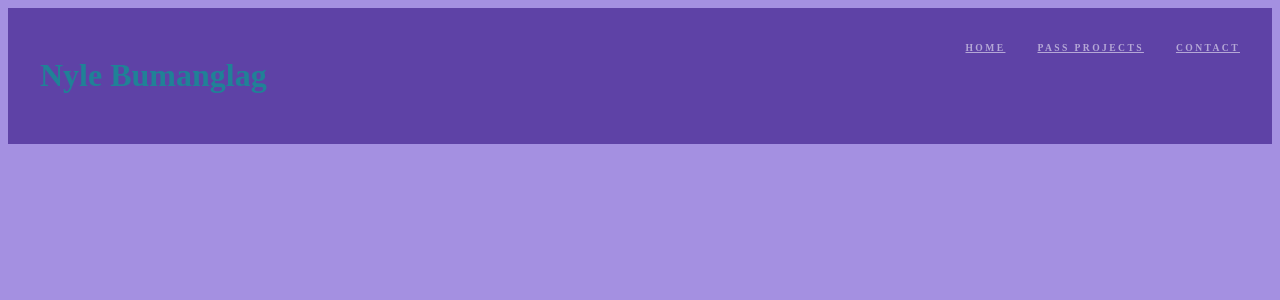
Repository: NyleNC/main
Page: projects.html
An editor plug-in stored every save of this project. The page is shown before and after the next save, followed by the edit.
The browser window is 1280 px wide. The pictures show the whole page.

Above is the page before, as saved 2024-11-06 23:34:39.

After the next save:
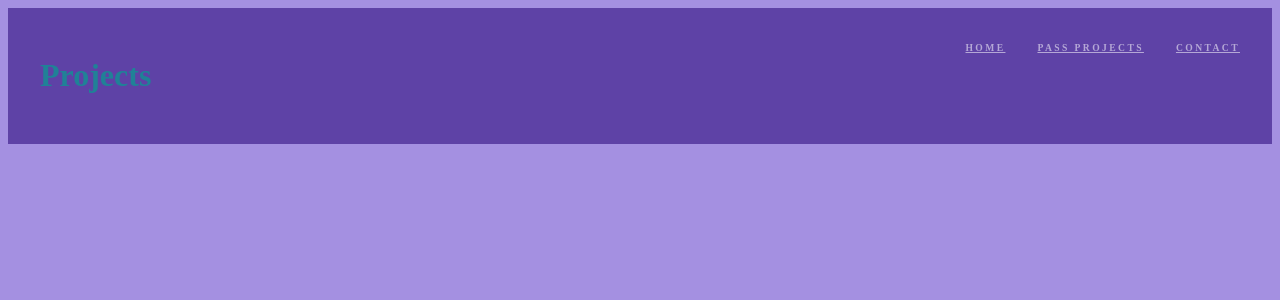
Saved 8 s later.
--- a/projects.html
+++ b/projects.html
@@ -6,7 +6,7 @@
     <title>Nyle Bumanglag</title>
     <link rel="stylesheet" href="style.css">
 </head>
-<header id="header"><h1>Nyle Bumanglag</h1>
+<header id="header"><h1>Projects</h1>
     <nav>
         <ul>
             <li><a href="index.html">Home</a></li>
